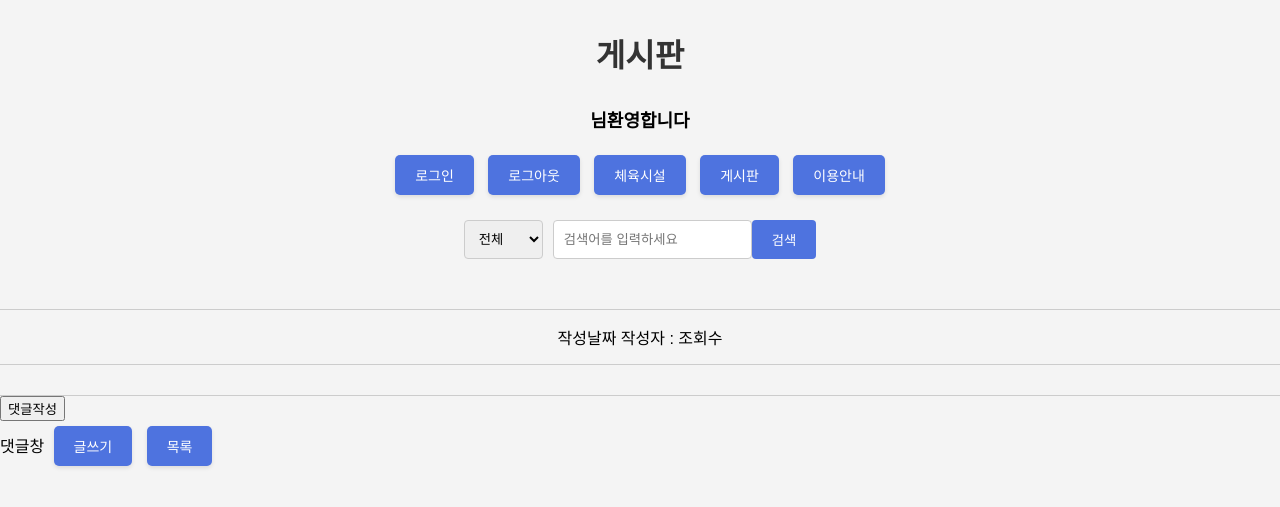
Repository: shinyunseok/portfolio1
Page: http://localhost/portfolio/WEB-INF/board/getBoard.jsp
These files come from the project's save history. The page is drawn as it stood at one moment and after the next save; the edit follows.
The browser window is 1280 px wide. The pictures show the whole page.
The page is served by Tomcat 10. Nobody is signed in. Other server files are loaded and not shown. The template is opened directly, without the code that normally fills it, so the values that code supplies are empty.

Above is the page before, as saved 2023-05-30 06:49:03.

### portfolio/src/main/webapp/WEB-INF/board/getBoard.jsp
<%@ page language="java" contentType="text/html; charset=UTF-8"
	pageEncoding="UTF-8"%>
<%@ taglib prefix="c" uri="http://java.sun.com/jsp/jstl/core"%>
<!DOCTYPE html>
<html>
<head>
<meta charset="UTF-8">
<style>
/* 전체 페이지 스타일 */
body {
	font-family: Arial, sans-serif;
	background-color: #f4f4f4;
	margin: 0;
	padding: 0;
}

/* 컨테이너 스타일 */
.container {
	max-width: 800px;
	margin: 0 auto;
	padding: 20px;
}

/* 제목 스타일 */
h1 {
	text-align: center;
	margin: 30px 0;
	color: #333;
}

/* 내비게이션 스타일 */
.navigation {
	margin-bottom: 20px;
	text-align: center;
}

.navigation h3 {
	margin-top: 0;
	font-size: 18px;
}

.navigation a {
	display: inline-block;
	margin: 5px;
	padding: 10px 20px;
	text-decoration: none;
	color: #fff;
	background-color: #4e73df;
	border-radius: 5px;
	transition: background-color 0.3s;
	font-size: 14px;
	border: none;
	cursor: pointer;
	box-shadow: 0 2px 4px rgba(0, 0, 0, 0.1);
}

.navigation a:hover {
	background-color: #3756a4;
}

/* 검색창 스타일 */
.search-form {
	display: flex;
	justify-content: center;
	margin-bottom: 20px;
}

.search-form select, .search-form input[type="text"] {
	padding: 10px;
	border: 1px solid #ccc;
	border-radius: 4px;
}

.search-form select {
	margin-right: 10px;
}

.search-form button[type="submit"] {
	padding: 10px 20px;
	background-color: #4e73df;
	color: #fff;
	border: none;
	border-radius: 4px;
	cursor: pointer;
}

.search-form button[type="submit"]:hover {
	background-color: #3756a4;
}

/* 테이블 스타일 */
table {
	width: 100%;
	border-collapse: collapse;
}

thead {
	background-color: #4e73df;
	color: #fff;
}

th, td {
	padding: 15px;
	text-align: center;
	border-bottom: 1px solid #ccc;
}

th:first-child, td:first-child {
	width: 10%;
}

th:nth-child(2), td:nth-child(2) {
	width: 40%;
}

th:nth-child(3), td:nth-child(3) {
	width: 20%;
}

th:nth-child(4), td:nth-child(4) {
	width: 15%;
}

th:last-child, td:last-child {
	width: 15%;
}

tbody tr:nth-child(even) {
	background-color: #f4f4f4;
}

tbody tr:hover {
	background-color: #ebebeb;
}

/* selectEvent 스타일 */
.selectEvent {
	margin-bottom: 20px;
	text-align: center;
}

.selectEvent a {
	display: inline-block;
	margin: 5px;
	padding: 10px 20px;
	text-decoration: none;
	color: #333;
	border: 1px solid #ccc;
	border-radius: 5px;
	transition: background-color 0.3s;
	font-size: 14px;
	cursor: pointer;
}

.selectEvent a:hover {
	background-color: #f1f1f1;
}

/* selectBar 스타일 */
#selectBar {
	text-align: center;
	margin-bottom: 20px;
}

#selectBar select, #selectBar input[type="text"] {
	padding: 10px;
	border: 1px solid #ccc;
	border-radius: 4px;
}

#selectBar select {
	margin-right: 10px;
}

#selectBar button[type="submit"] {
	padding: 10px 20px;
	background-color: #4e73df;
	color: #fff;
	border: none;
	border-radius: 4px;
	cursor: pointer;
}

#selectBar button[type="submit"]:hover {
	background-color: #3756a4;
}

#selectBar button[type="button"] {
	padding: 10px 20px;
	background-color: #4e73df;
	color: #fff;
	border: none;
	border-radius: 4px;
	cursor: pointer;
}

#selectBar button[type="button"]:hover {
	background-color: #3756a4;
}

/* advancedSearchDiv 스타일 */
#advancedSearchDiv {
	display: none;
	text-align: center;
	margin-bottom: 20px;
	padding-top: 20px;
	border-top: 1px solid #ccc;
}

#advancedSearchDiv label {
	display: block;
	margin-bottom: 10px;
}

#advancedSearchDiv input[type="radio"] {
	margin-right: 5px;
}

/* write-button 스타일 */
.write-button {
	display: inline-block;
	margin: 5px;
	padding: 10px 20px;
	text-decoration: none;
	color: #fff;
	background-color: #4e73df;
	border: none;
	border-radius: 5px;
	transition: background-color 0.3s;
	font-size: 14px;
	cursor: pointer;
	box-shadow: 0 2px 4px rgba(0, 0, 0, 0.1);
}

.write-button:hover {
	background-color: #3756a4;
}
</style>

<title>게시판</title>
</head>
<body>
	<h1>게시판</h1>
	<div class="navigation">
		<h3>${user_name}님환영합니다</h3>
		<c:if test="${empty user_id}">
			<a href="login.do">로그인</a>
		</c:if>
		<a href="logout.do">로그아웃</a> <a href="getSportList.do">체육시설</a> <a
			href="getBoardList.do">게시판</a> <a href="#">이용안내</a>
	</div>

	<div id="selectBar">
		<form class="search-form" action="#" method="GET">
			<select name="search_type">
				<option value="all">전체</option>
				<option value="facility_name">시설명</option>
				<option value="location">지역</option>
			</select> <input type="text" name="search_query" placeholder="검색어를 입력하세요"
				required>
			<button type="submit">검색</button>
		</form>
	</div>


	<table class="boardTable">
		<tr>
			<th colspan="3">${board.title }</th>
		</tr>

		<tr>
			<td><label>작성날짜</label> ${board.regDate } <label>작성자</label> :
				${board.board_id } <label>조회수</label>${board.cnt }</td>
		</tr>
		<tr>
			<td colspan="3">${board.content }</td>
		</tr>
	</table>
	<button id="comment_open">댓글작성</button> <br>
	<form action="insertComment.do" method="post" id="comment_form" style="display: none;">
		댓글작성 <a href="#">최신순</a> <br>
		<input type="hidden" value="${user_id }" name="comment_id">
		<textarea rows="10" cols="100" placeholder="댓글을 입력하세요"
			name="comment_content">${user_id }</textarea>
		<br> <input type="submit" value="등록">
	</form>

	댓글창
	<c:forEach items="${commentList }" var="comment">
		${comment.comment_id} ${comment.regDate} <br>
		내용 : ${comment.comment_content}
	</c:forEach>


	<button class="write-button" onclick="location.href='insertBoard.do'">글쓰기</button>
	<button class="write-button" onclick="location.href='getBoardList.do'">목록</button>
	<script>
  const commentOpenButton = document.getElementById('comment_open');
  const commentForm = document.getElementById('comment_form');

  commentOpenButton.addEventListener('click', function() {
    commentForm.style.display = commentForm.style.display === 'none' ? 'block' : 'none';
  });
</script>

</body>
</html>

After the next save:
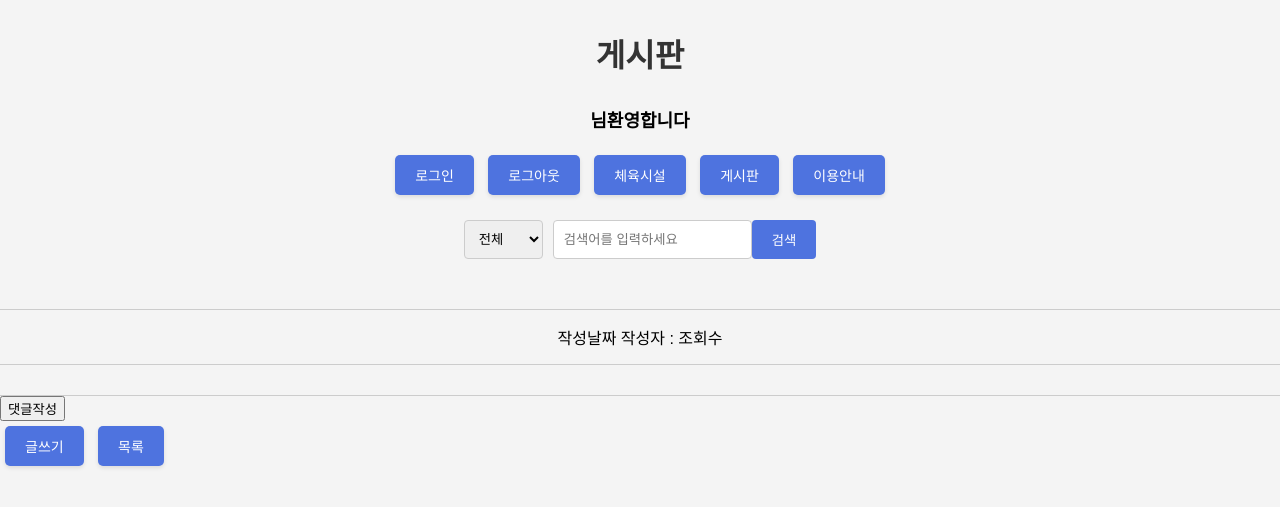
Saved 67 s later.
--- a/portfolio/src/main/webapp/WEB-INF/board/getBoard.jsp
+++ b/portfolio/src/main/webapp/WEB-INF/board/getBoard.jsp
@@ -285,7 +285,7 @@ tbody tr:hover {
 		<br> <input type="submit" value="등록">
 	</form>
 
-	댓글창
+
 	<c:forEach items="${commentList }" var="comment">
 		${comment.comment_id} ${comment.regDate} <br>
 		내용 : ${comment.comment_content}
